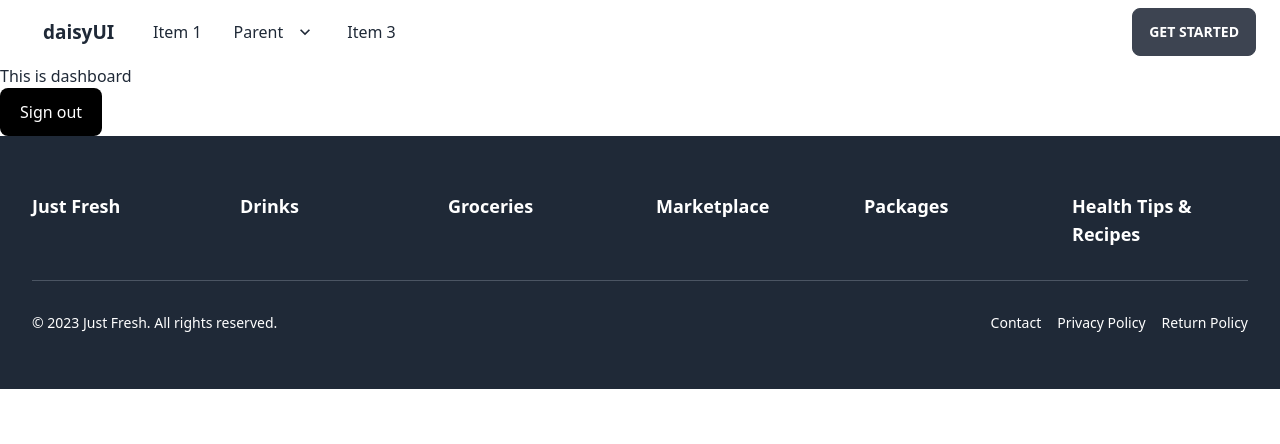
Repository: buzzedison/justfreshnew
Page: /dashboard
These files come from the project's save history. The page is drawn as it stood at one moment and after the next save; the edit follows.
The browser window is 1280 px wide. The pictures show the whole page.
The project was rebuilt for these pictures with package versions that can differ from the ones it lists, and the page was loaded fresh each time. The framework's server and built-in components were replaced by stand-ins that run in the browser. Also part of the build but not shown: svelte.config.js, vite.config.js.

Above is the page before, as saved 2023-04-05 10:23:03.

After the next save:
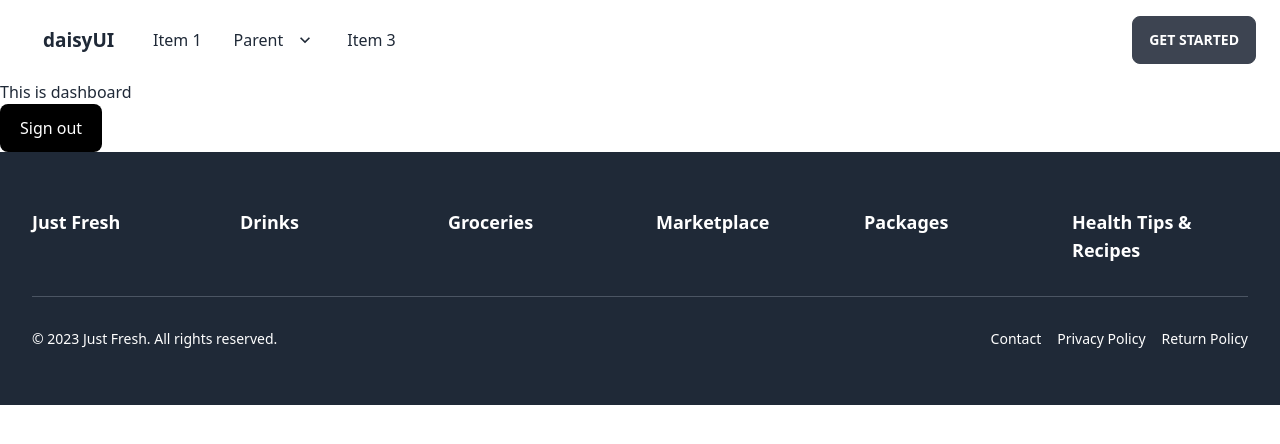
Saved 32 s later.
--- a/src/components/Navbar.svelte
+++ b/src/components/Navbar.svelte
@@ -38,7 +38,7 @@
 </script>
 
 <div class="container mx-auto px-4">
-  <div class="navbar bg-base-100">
+  <div class="navbar bg-base-100 flex items-center justify-between py-4">
     <div class="navbar-start">
       <!-- Mobile menu -->
       <div class="dropdown lg:hidden">

After the save that followed:
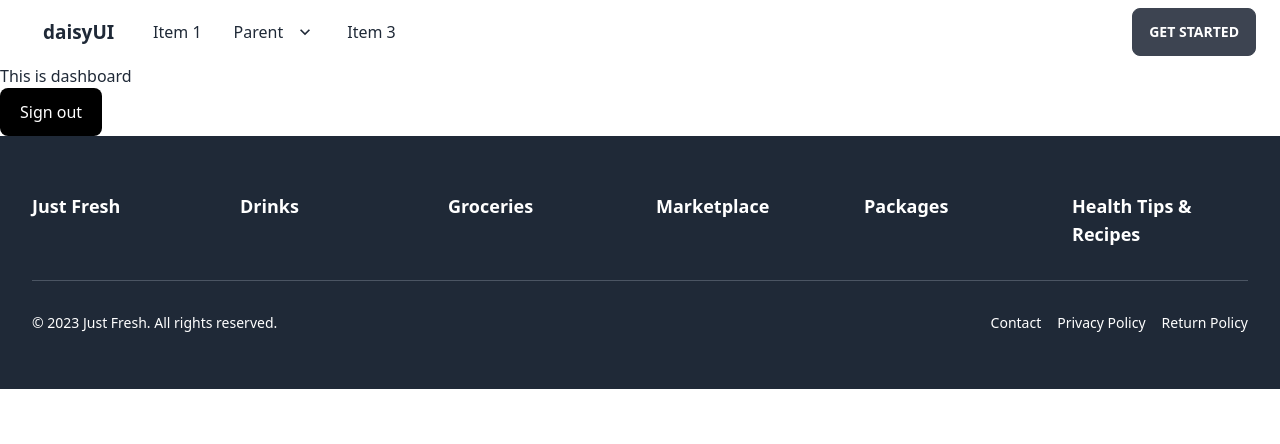
Saved 28 s later.
--- a/src/components/Navbar.svelte
+++ b/src/components/Navbar.svelte
@@ -38,7 +38,7 @@
 </script>
 
 <div class="container mx-auto px-4">
-  <div class="navbar bg-base-100 flex items-center justify-between py-4">
+  <div class="navbar bg-base-100">
     <div class="navbar-start">
       <!-- Mobile menu -->
       <div class="dropdown lg:hidden">
